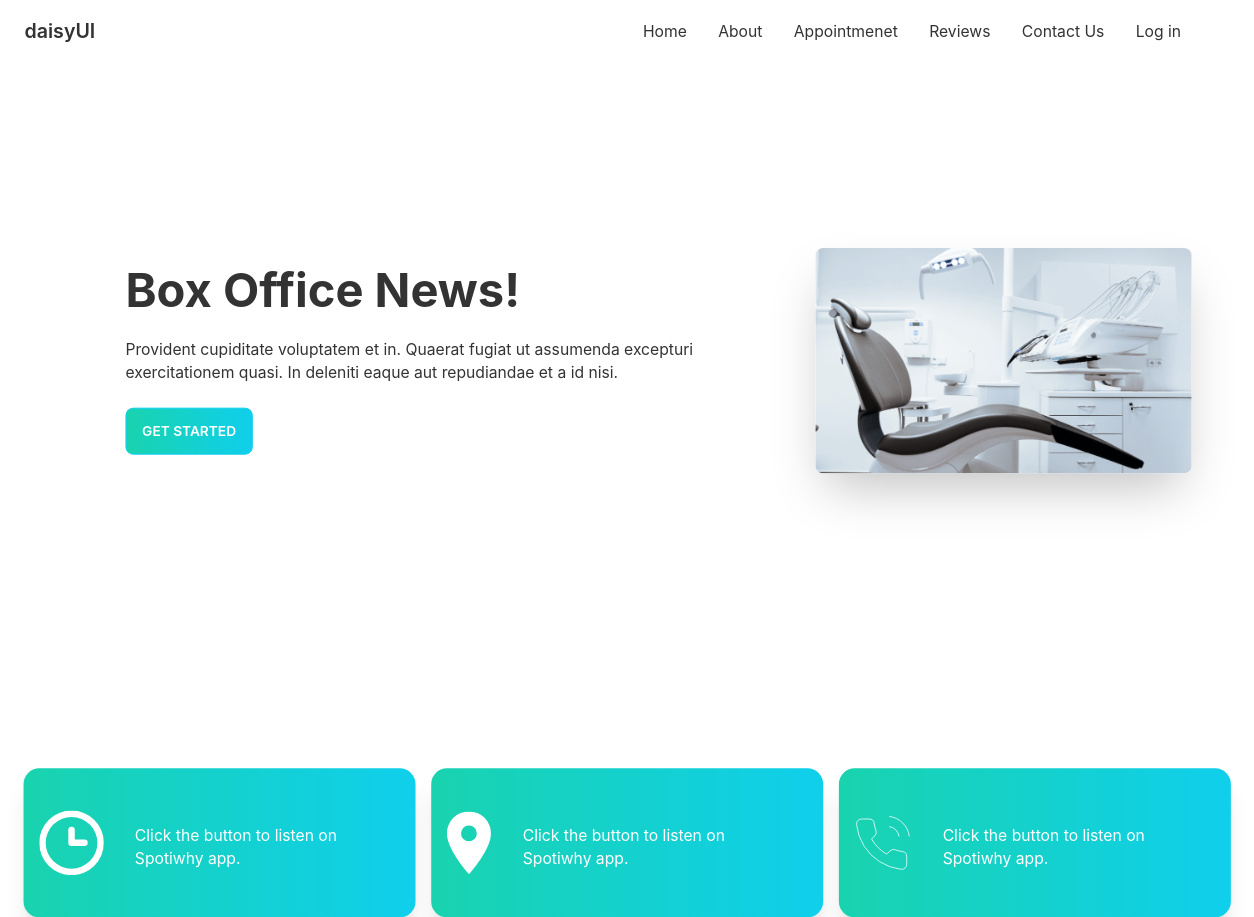
Repository: Tanvir3744/Doctors-client-website
Page: /
These files come from the project's save history. The page is drawn as it stood at one moment and after the next save; the edit follows.
The browser window is 1280 px wide. The pictures show the whole page, at 98% of full size.
The project was rebuilt for these pictures with package versions that can differ from the ones it lists, and the page was loaded fresh each time. Also part of the build but not shown: src/Pages/About/About.js, src/Pages/Login/Login.js, src/Pages/NotFound/NotFound.js.

Above is the page before, as saved 2022-05-25 17:37:18.

### src/App.js
import { Routes, Route } from 'react-router-dom'
import About from './Pages/About/About';
import Home from './Pages/Home/Home';
import Login from './Pages/Login/Login';
import NotFound from './Pages/NotFound/NotFound';
import Navbar from './Pages/Shared/Navbar';
function App() {
  return (
    <div className="App">
      <Navbar></Navbar>
      <Routes>
        <Route path='/' element={<Home />}></Route>
        <Route path='/home' element={<Home />}></Route>
        <Route path='/about' element={<About />}></Route>
        <Route path='/login' element={<Login />}></Route>
        <Route path='*' element={<NotFound />}></Route>
      </Routes>
    </div>
  );
}

export default App;

### src/Pages/Home/Home.js
import React from 'react';
import InfoCards from '../../components/InfoCards';
import Banner from './Banner/Banner';

const Home = () => {
    return (
        <div>
            <Banner />
            <InfoCards />
        </div>
    );
};

export default Home;

### src/Pages/Shared/Navbar.js
import React from 'react';
import { Link } from 'react-router-dom';

const Navbar = () => {
    //menu items stored here
    const menuItems = <>
        <li><Link to="/">Home</Link></li>
        <li><Link to="/about">About</Link></li>
        <li><Link to="/appointment">Appointmenet</Link></li>
        <li><Link to="/reviews">Reviews</Link></li>
        <li><Link to="/contact">Contact Us</Link></li>
        <li><Link to="/login">Log in </Link></li>
    </>
    return (
        <div>
            <div class="navbar bg-base-100">
                <div class="navbar-start">
                    <div class="dropdown">
                        <label tabindex="0" class="btn btn-ghost lg:hidden">
                            <svg xmlns="http://www.w3.org/2000/svg" class="h-5 w-5" fill="none" viewBox="0 0 24 24" stroke="currentColor"><path stroke-linecap="round" stroke-linejoin="round" stroke-width="2" d="M4 6h16M4 12h8m-8 6h16" /></svg>
                        </label>
                        <ul tabindex="0" class="menu menu-compact dropdown-content mt-3 p-2 shadow bg-base-100 rounded-box w-52">
                           {menuItems}
                        </ul>
                    </div>
                    <Link to='/' class="btn btn-ghost normal-case text-xl">daisyUI</Link>
                </div>
                <div class="navbar-center hidden lg:flex">
                    <ul class="menu menu-horizontal p-0">
                        {menuItems}
                    </ul>
                </div>
            </div>
        </div>
    );
};

export default Navbar;

### src/components/InfoCards.js
import React from 'react';
import ChildInfoCards from './ChildInfoCards';
import Clock from './../assets/icons/clock.svg'
import Marker from './../assets/icons/marker.svg'
import Phone from './../assets/icons/phone.svg'
const InfoCards = () => {

    return (
        <div className='grid px-6 grid-cols-1 lg:grid-cols-3 gap-4'>
            <ChildInfoCards cartTitle='Opening Hours' img={Clock} />
            <ChildInfoCards cartTitle='Our Location' img={Marker} />
            <ChildInfoCards cartTitle='Contact Us' img={Phone} />
        </div>
    );
};

export default InfoCards;

### src/Pages/Home/Banner/Banner.js
import React from 'react';
import chair from '../../../assets/images/chair.png'
const Banner = () => {
    return (
        <div className='px-12'>
            <div class="hero min-h-screen conatiner mx-auto">
                <div class="hero-content flex-col lg:flex-row-reverse -mt-28">
                    <img src={chair} class="max-w-sm rounded-lg shadow-2xl " />
                    <div className='px-16'>
                        <h1 class="text-5xl font-bold">Box Office News!</h1>
                        <p class="py-6">Provident cupiditate voluptatem et in. Quaerat fugiat ut assumenda excepturi exercitationem quasi. In deleniti eaque aut repudiandae et a id nisi.</p>
                        <button class="btn btn-primary text-white rounded-lg bg-gradient-to-r from-secondary to-primary">Get Started</button>
                    </div>
                </div>
            </div>
        </div>
    );
};

export default Banner;

### src/components/ChildInfoCards.js
import React from 'react';

const ChildInfoCards = (props) => {
    const {img, cardTitle} = props;
    return (
        <div className='container'>
            <div class="card lg:card-side shadow-xl bg-gradient-to-r from-secondary to-primary p-4">
                <figure><img src={img} alt="Info cards" /></figure>
                <div class="card-body text-white">
                    <h2 class="card-title">{cardTitle}</h2>
                    <p>Click the button to listen on Spotiwhy app.</p>
                </div>
            </div>
        </div>
    );
};

export default ChildInfoCards;

### tailwind.config.js
module.exports = {
  content: ["./src/**/*.{html,js}"],
  theme: {
    extend: {},
  },
  daisyui: {
    themes: [
      {

        mytheme: {
          primary: "#0FCFEC",
          secondary: "#19D3AE",
          neutral: "#3d4451",
          darkis : "#3A4256",
          accent: "#37cdbe",
          "base-100": "#ffffff",
        },
      },
      "cupcake",
    ],
  },
  plugins: [require("daisyui")],
}

Loaded but not shown: public/index.html (common file); src/index.js (common file); src/index.css (common file); src/reportWebVitals.js (common file)

After the next save:
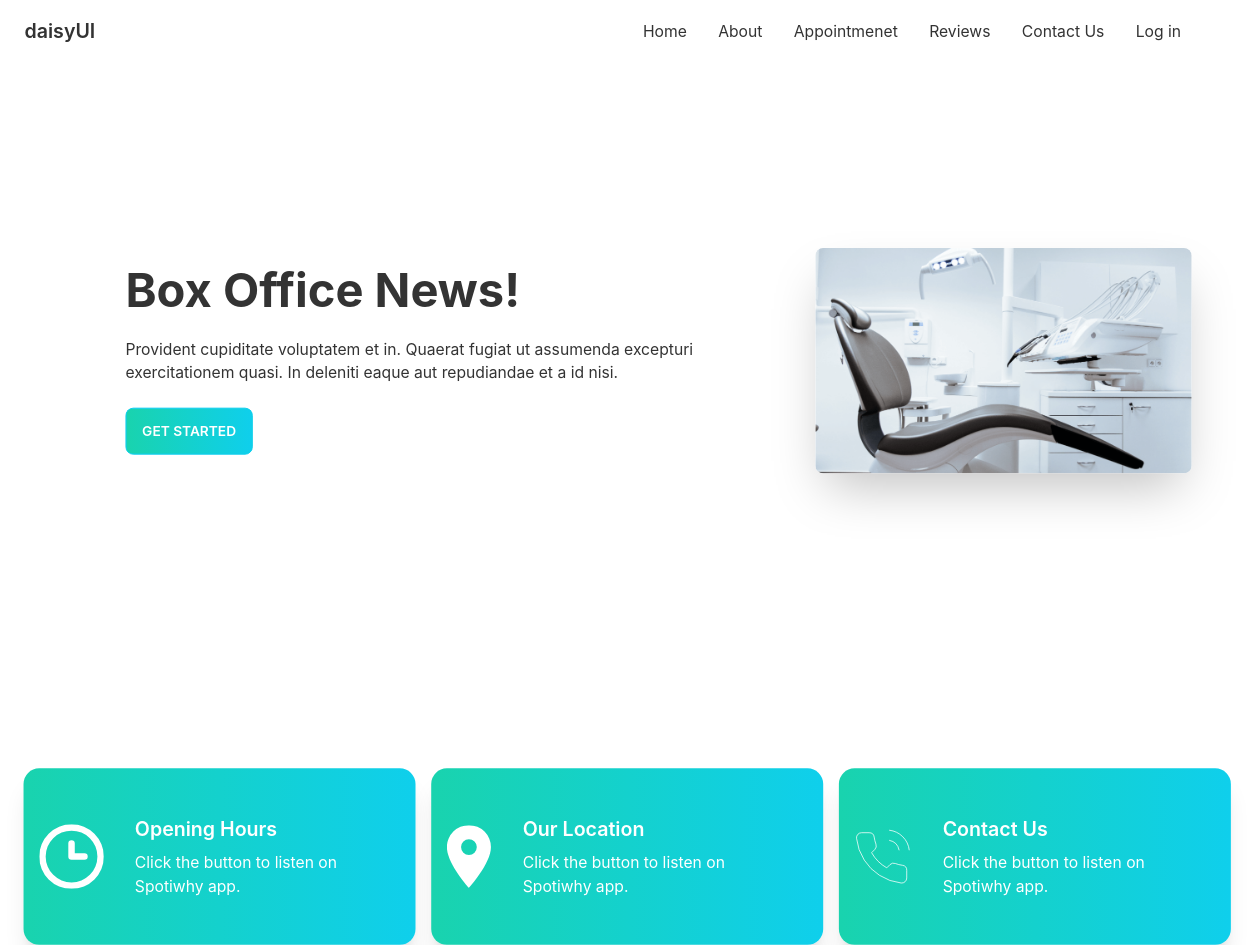
Saved 16 s later.
--- a/src/components/InfoCards.js
+++ b/src/components/InfoCards.js
@@ -7,9 +7,9 @@ const InfoCards = () => {
 
     return (
         <div className='grid px-6 grid-cols-1 lg:grid-cols-3 gap-4'>
-            <ChildInfoCards cartTitle='Opening Hours' img={Clock} />
-            <ChildInfoCards cartTitle='Our Location' img={Marker} />
-            <ChildInfoCards cartTitle='Contact Us' img={Phone} />
+            <ChildInfoCards cardTitle='Opening Hours' img={Clock} />
+            <ChildInfoCards cardTitle='Our Location' img={Marker} />
+            <ChildInfoCards cardTitle='Contact Us' img={Phone} />
         </div>
     );
 };
